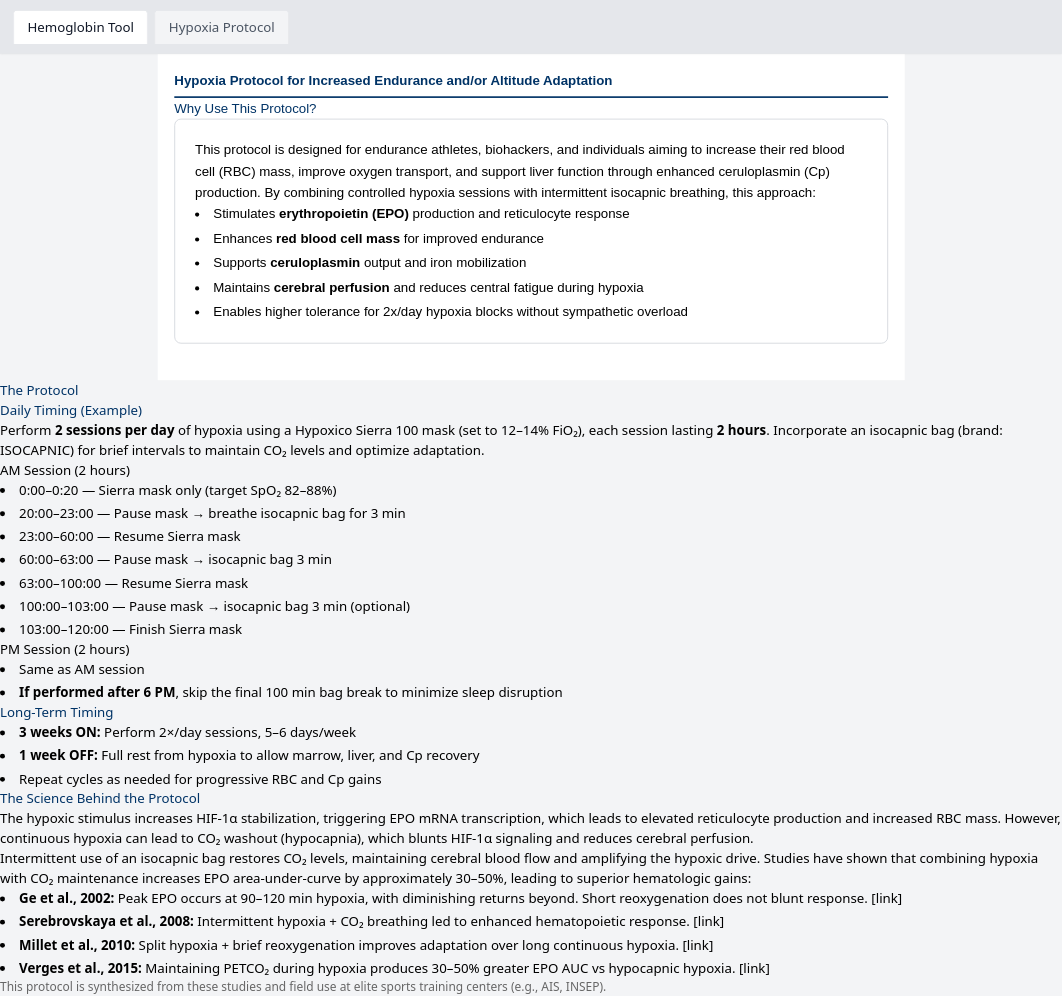
Repository: austenhughes1/hemoglobin_rbc_metrics
Page: hypoxia_protocol.html
The author's editor kept a copy of each file at every save. The page is drawn from the files as they stood at one save, then again after the next save.
The browser window is 1280 px wide. The pictures show the whole page, at 83% of full size.
Some web libraries are served in a nearby version.

Above is the page before, as saved 2025-06-25 13:07:07.

After the next save:
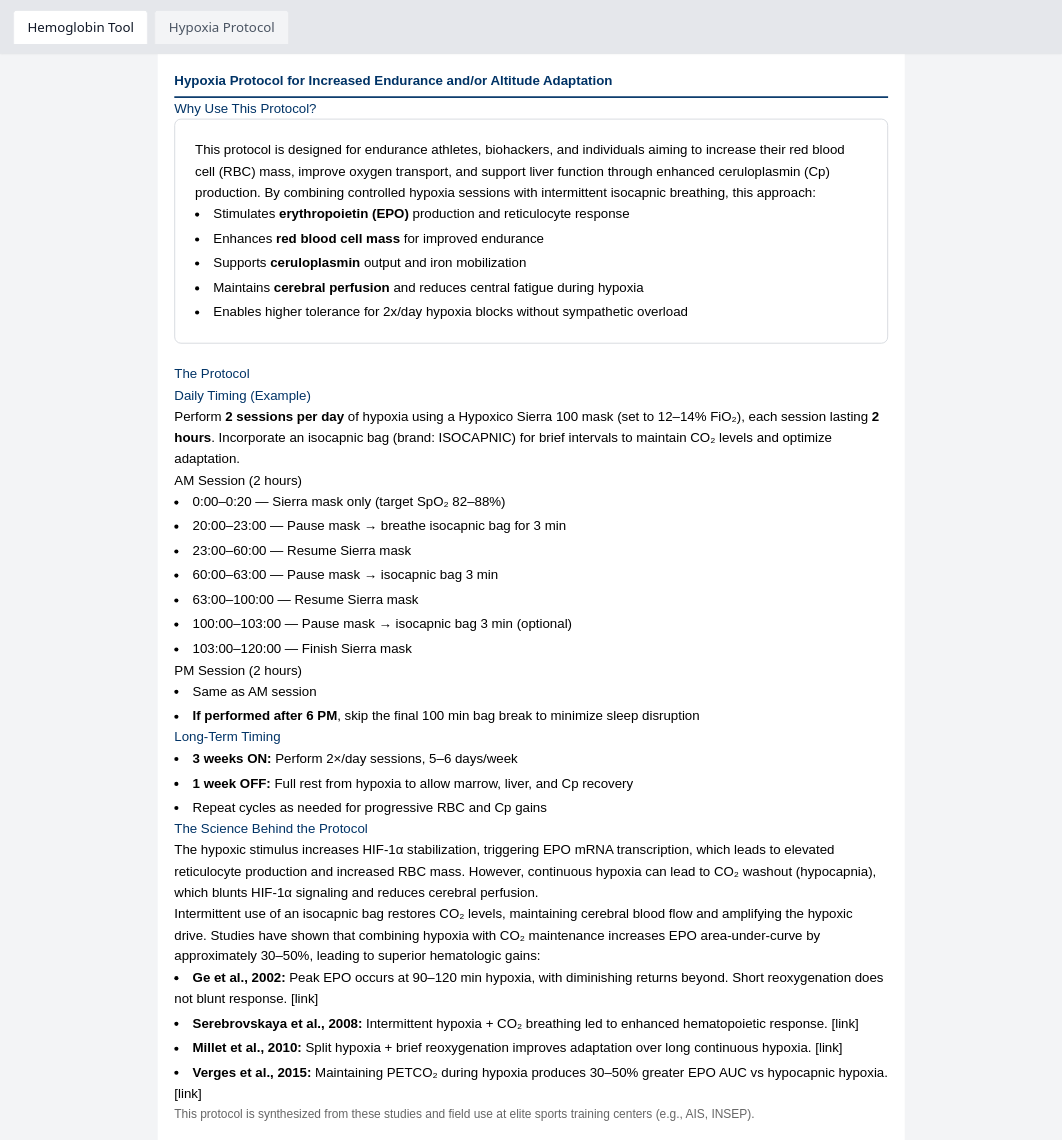
Saved 4 s later.
--- a/hypoxia_protocol.html
+++ b/hypoxia_protocol.html
@@ -56,7 +56,7 @@
         <li>Maintains <strong>cerebral perfusion</strong> and reduces central fatigue during hypoxia</li>
         <li>Enables higher tolerance for 2x/day hypoxia blocks without sympathetic overload</li>
         </ul>
-    </div>
+    </section>
     <h2>The Protocol</h2>
 
     <h3>Daily Timing (Example)</h3>
